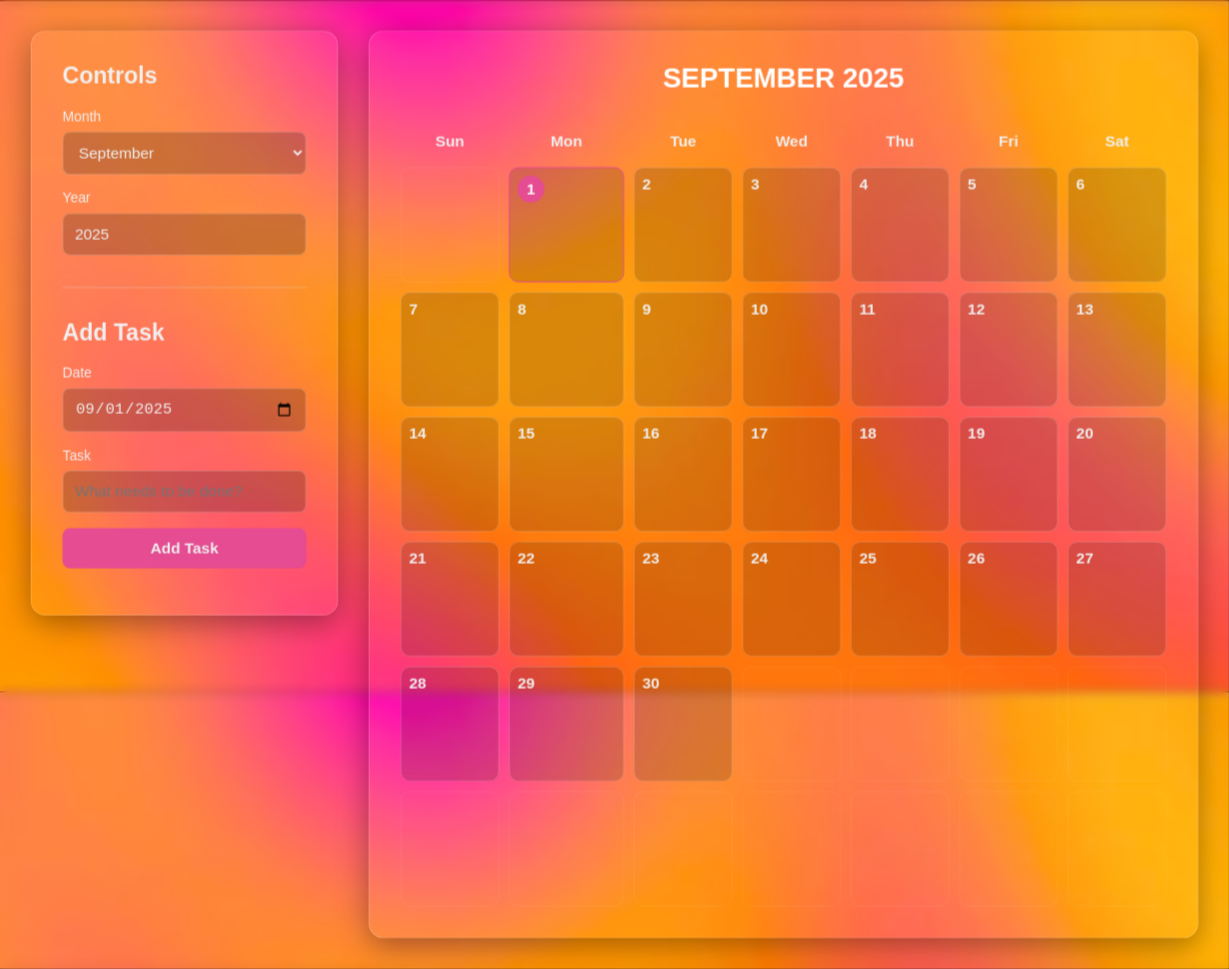
Repository: TanujaNair03/ToDo
Page: static/index.html
The author's editor kept a copy of each file at every save. The page is drawn from the files as they stood at one save, then again after the next save.
The browser window is 1280 px wide. The pictures show the whole page, at 96% of full size.
The page's requests for data from a server got no answer. Backgrounds fixed to the window are drawn as part of the page.

Above is the page before, as saved 2025-09-01 16:42:18.

### static/index.html
<!DOCTYPE html>
<html lang="en">
<head>
    <meta charset="UTF-8">
    <meta name="viewport" content="width=device-width, initial-scale=1.0">
    <title>Aesthetic Calendar</title>
    <style>
        :root {
            --glass-bg: rgba(255, 255, 255, 0.05);
            --glass-border: rgba(255, 255, 255, 0.2);
            --text-color: #f0f0f0;
            --accent-primary: #e54c91; /* Pink */
            --accent-secondary: #ffc800; /* Yellow */
        }
        * {
            box-sizing: border-box;
        }

        body {
            font-family: 'Poppins', sans-serif;
            color: var(--text-color);
            margin: 0;
            padding: 2rem;
            min-height: 100vh;
            background-color: #1a1a2e; /* Fallback color */
            background-image: url('./static/aura.jpg'); /* Path to your image */
            background-repeat: no-repeat;
            background-attachment: fixed;
            background-size: cover;
            background-position: center;
            backdrop-filter: blur(5px);
            -webkit-backdrop-filter: blur(10px);
        }

        #app {
            display: flex;
            gap: 2rem;
            width: 100%;
            max-width: 1300px;
            margin: 0 auto;
            align-items: flex-start;
        }

        .glass-pane {
            background: var(--glass-bg);
            backdrop-filter: blur(20px);
            -webkit-backdrop-filter: blur(20px);
            border: 1px solid var(--glass-border);
            box-shadow: 0 8px 32px 0 rgba(0, 0, 0, 0.37);
            border-radius: 15px;
            padding: 2rem;
        }

        .sidebar {
            width: 320px;
            height: fit-content;
            flex-shrink: 0;
        }
        .sidebar h2 { margin-top: 0; color: var(--text-color); }
        .form-group { margin-bottom: 1rem; }
        .form-group label { display: block; margin-bottom: 0.5rem; font-size: 0.9rem; }
        .form-group input, .form-group select, .form-group button {
            width: 100%; padding: 0.75rem; border: 1px solid var(--glass-border);
            border-radius: 8px; background: rgba(0,0,0,0.2);
            color: var(--text-color); font-size: 1rem;
        }
        .form-group button {
            background: var(--accent-primary); cursor: pointer; font-weight: bold;
            transition: background 0.2s ease; border: none;
        }
        .form-group button:hover { background: var(--accent-secondary); color: #1a1a2e; }

        .calendar-container {
            flex-grow: 1;
        }
        .calendar-header { display: flex; justify-content: center; align-items: center; }
        .calendar-header h1 {
            font-size: 1.8rem;
            font-weight: bold;
            color: #ffffff;
            margin: 0;
            text-transform: uppercase;
        }
        .calendar-grid {
            display: grid;
            grid-template-columns: repeat(7, 1fr);
            gap: 10px;
            width: 100%;
            margin-top: 2rem;
            position: relative;
        }
        .day-header { text-align: center; font-weight: bold; color: var(--text-color); padding: 0.5rem 0; }

        .day-cell {
            height: 120px;
            /* REMOVED fixed width to allow grid to be responsive */
            overflow: hidden;
            padding: 8px;
            background: rgba(0, 0, 0, 0.15);
            border: 1px solid var(--glass-border);
            border-radius: 10px;
            transition: transform 0.3s ease, background 0.3s ease, height 0.3s ease;
            cursor: pointer;
        }

        .day-cell > div {
            display: flex;
            flex-direction: column;
            height: 100%;
        }

        .day-cell:hover {
            transform: translateY(-5px);
            background: rgba(255, 255, 255, 0.1);
        }

        .day-cell.today-cell {
            min-height: 120px;
            min-width: 120px;
            max-height: 200px;
            max-width: 200px;
            border: 1px solid var(--accent-primary);
        }

        .day-cell.expanded {
            height: auto;
            min-height: 200px;
            max-height: 400px;
            min-width: 200px;
            max-width: 400px;
            background: rgba(40, 40, 60, 0.7);
            transform: scale(1.05);
            z-index: 10;
            box-shadow: 0 12px 40px rgba(0, 0, 0, 0.5);
            overflow: hidden;
        }

        .day-cell.other-month {
            background: transparent;
            opacity: 0.4;
            cursor: default;
        }
        .day-number { font-weight: bold; margin-bottom: 8px; }
        .day-number.today {
            background-color: var(--accent-primary); color: white;
            border-radius: 50%; width: 28px; height: 28px;
            display: flex; align-items: center; justify-content: center;
        }
        .task-list {
            list-style: none;
            padding: 0;
            font-size: 0.85rem;
            overflow-y: auto;
            flex-grow: 1;
        }
        .task-item { display: flex; align-items: center; margin-bottom: 4px; gap: 6px; }
        .task-item input[type="checkbox"] { flex-shrink: 0; }
        .task-item span.done { text-decoration: line-through; opacity: 0.6; }

        .task-item span {
            flex-grow: 1;
            overflow-wrap: break-word;
            word-break: normal;
        }
        .edit-input { width: 100%; background: #444; color: white; border: 1px solid var(--accent-primary); border-radius: 4px; padding: 2px; }
        .task-actions { cursor: pointer; margin-left: auto; display: flex; gap: 5px; }

        .more-tasks-indicator {
            font-size: 0.75rem;
            color: var(--accent-secondary);
            text-align: center;
            margin-top: auto;
            padding-top: 10px;
            font-style: italic;
        }
    </style>
</head>
<body>

<div id="app">
    <div class="sidebar glass-pane">
        <h2>Controls</h2>
        <div class="form-group">
            <label for="month">Month</label>
            <select id="month" v-model="selectedMonth">
                <option v-for="(month, index) in months" :value="index + 1">{{ month }}</option>
            </select>
        </div>
        <div class="form-group">
            <label for="year">Year</label>
            <input type="number" id="year" v-model="selectedYear">
        </div>
        <hr style="border-color: rgba(255,255,255,0.2); margin: 2rem 0;">
        <h2>Add Task</h2>
        <form @submit.prevent="addTask">
            <div class="form-group">
                <label for="taskDate">Date</label>
                <input type="date" id="taskDate" v-model="newTask.date" required>
            </div>
            <div class="form-group">
                <label for="taskDesc">Task</label>
                <input type="text" id="taskDesc" v-model="newTask.task" placeholder="What needs to be done?" required>
            </div>
            <div class="form-group">
                <button type="submit">Add Task</button>
            </div>
        </form>
    </div>
    <div class="calendar-container glass-pane">
        <div class="calendar-header">
            <h1>{{ monthName }} {{ selectedYear }}</h1>
        </div>
        <div class="calendar-grid">
            <div class="day-header" v-for="day in dayNames">{{ day }}</div>
            <div v-for="day in calendarDays"
                 class="day-cell"
                 :class="{
                    'other-month': !day.isCurrentMonth,
                    'expanded': day.dateStr === expandedDateStr,
                    'today-cell': day.isToday
                 }"
                 @click="toggleExpandDay(day.dateStr)">
                <div v-if="day.date">
                    <div class="day-number" :class="{'today': day.isToday}">{{ day.date.getDate() }}</div>
                    <ul class="task-list" @click.stop>
                        <li v-for="(task, index) in day.tasks" class="task-item">
                            <template v-if="editingDate === day.dateStr && editingIndex === index">
                                <input type="text" v-model="editingText" @keyup.enter="saveEdit" @keyup.esc="cancelEditing" class="edit-input" v-focus>
                                <div class="task-actions">
                                    <span @click="saveEdit">✔️</span>
                                    <span @click="cancelEditing">❌</span>
                                </div>
                            </template>
                            <template v-else>
                                <input type="checkbox" :checked="task.done" @change="updateTaskStatus(day.dateStr, index, $event.target.checked)">
                                <span :class="{'done': task.done}">{{ task.task }}</span>
                                <div class="task-actions">
                                    <span @click="startEditing(day.dateStr, index, task.task)">✏️</span>
                                    <span @click="deleteTask(day.dateStr, index)">🗑️</span>
                                </div>
                            </template>
                        </li>
                    </ul>
                    <div v-if="day.tasks.length > 2 && day.dateStr !== expandedDateStr" class="more-tasks-indicator">
                        + {{ day.tasks.length - 2 }} more
                    </div>
                </div>
            </div>
        </div>
    </div>
</div>
<script src="https://unpkg.com/vue@3/dist/vue.global.js"></script>
<script>
    const { createApp, ref, computed, onMounted } = Vue;
    const focusDirective = { mounted(el) { el.focus(); } };
    createApp({
        directives: { focus: focusDirective },
        setup() {
            const today = new Date();
            const selectedMonth = ref(today.getMonth() + 1);
            const selectedYear = ref(today.getFullYear());
            const tasks = ref({});
            const newTask = ref({ date: today.toISOString().split('T')[0], task: '' });
            const editingDate = ref(null);
            const editingIndex = ref(null);
            const editingText = ref('');
            const months = ["January", "February", "March", "April", "May", "June", "July", "August", "September", "October", "November", "December"];
            const dayNames = ["Sun", "Mon", "Tue", "Wed", "Thu", "Fri", "Sat"];
            const API_URL = 'http://127.0.0.1:5000/api';
            const expandedDateStr = ref(null);
            const monthName = computed(() => months[selectedMonth.value - 1]);
            const calendarDays = computed(() => {
                const year = selectedYear.value;
                const month = selectedMonth.value - 1;
                const firstDayOfMonth = new Date(year, month, 1).getDay();
                const daysInMonth = new Date(year, month + 1, 0).getDate();
                const daysArray = [];
                let dayCounter = 1;
                for (let i = 0; i < 42; i++) {
                    if (i >= firstDayOfMonth && dayCounter <= daysInMonth) {
                        const dateObj = new Date(year, month, dayCounter);
                        const y = dateObj.getFullYear();
                        const m = String(dateObj.getMonth() + 1).padStart(2, '0');
                        const d = String(dateObj.getDate()).padStart(2, '0');
                        const dateStr = `${y}-${m}-${d}`;
                        daysArray.push({
                            date: dateObj,
                            dateStr: dateStr,
                            isCurrentMonth: true,
                            isToday: dateStr === today.toISOString().split('T')[0],
                            tasks: tasks.value[dateStr] || []
                        });
                        dayCounter++;
                    } else {
                        daysArray.push({ date: null, isCurrentMonth: false, tasks: [] });
                    }
                }
                return daysArray;
            });
            const toggleExpandDay = (dateStr) => {
                if (!dateStr) return;
                if (expandedDateStr.value === dateStr) {
                    expandedDateStr.value = null;
                } else {
                    expandedDateStr.value = dateStr;
                }
            };
            const fetchTasks = async () => {
                const response = await fetch(`${API_URL}/tasks`);
                tasks.value = await response.json();
            };
            const addTask = async () => {
                await fetch(`${API_URL}/tasks`, {
                    method: 'POST',
                    headers: { 'Content-Type': 'application/json' },
                    body: JSON.stringify(newTask.value)
                });
                newTask.value.task = '';
                fetchTasks();
            };
            const updateTaskStatus = async (dateStr, taskIndex, isDone) => {
                await fetch(`${API_URL}/tasks/update`, {
                    method: 'PUT',
                    headers: { 'Content-Type': 'application/json' },
                    body: JSON.stringify({ date: dateStr, taskIndex: taskIndex, done: isDone })
                });
                fetchTasks();
            };
            const startEditing = (dateStr, index, currentText) => {
                editingDate.value = dateStr;
                editingIndex.value = index;
                editingText.value = currentText;
            };
            const cancelEditing = () => {
                editingDate.value = null;
                editingIndex.value = null;
                editingText.value = '';
            };
            const saveEdit = async () => {
                if (!editingText.value.trim()) return;
                await fetch(`${API_URL}/tasks/edit`, {
                    method: 'PUT',
                    headers: { 'Content-Type': 'application/json' },
                    body: JSON.stringify({
                        date: editingDate.value,
                        taskIndex: editingIndex.value,
                        newTaskText: editingText.value
                    })
                });
                cancelEditing();
                fetchTasks();
            };
            const deleteTask = async (dateStr, taskIndex) => {
                if (window.confirm("Are you sure you want to delete this task?")) {
                    await fetch(`${API_URL}/tasks/${dateStr}/${taskIndex}`, { method: 'DELETE' });
                    fetchTasks();
                }
            };
            onMounted(fetchTasks);
            return {
                selectedMonth,
                selectedYear,
                months,
                dayNames,
                monthName,
                calendarDays,
                newTask,
                addTask,
                updateTaskStatus,
                editingDate,
                editingIndex,
                editingText,
                startEditing,
                cancelEditing,
                saveEdit,
                deleteTask,
                expandedDateStr,
                toggleExpandDay,
            };
        }
    }).mount('#app');
</script>
</body>
</html>

After the next save:
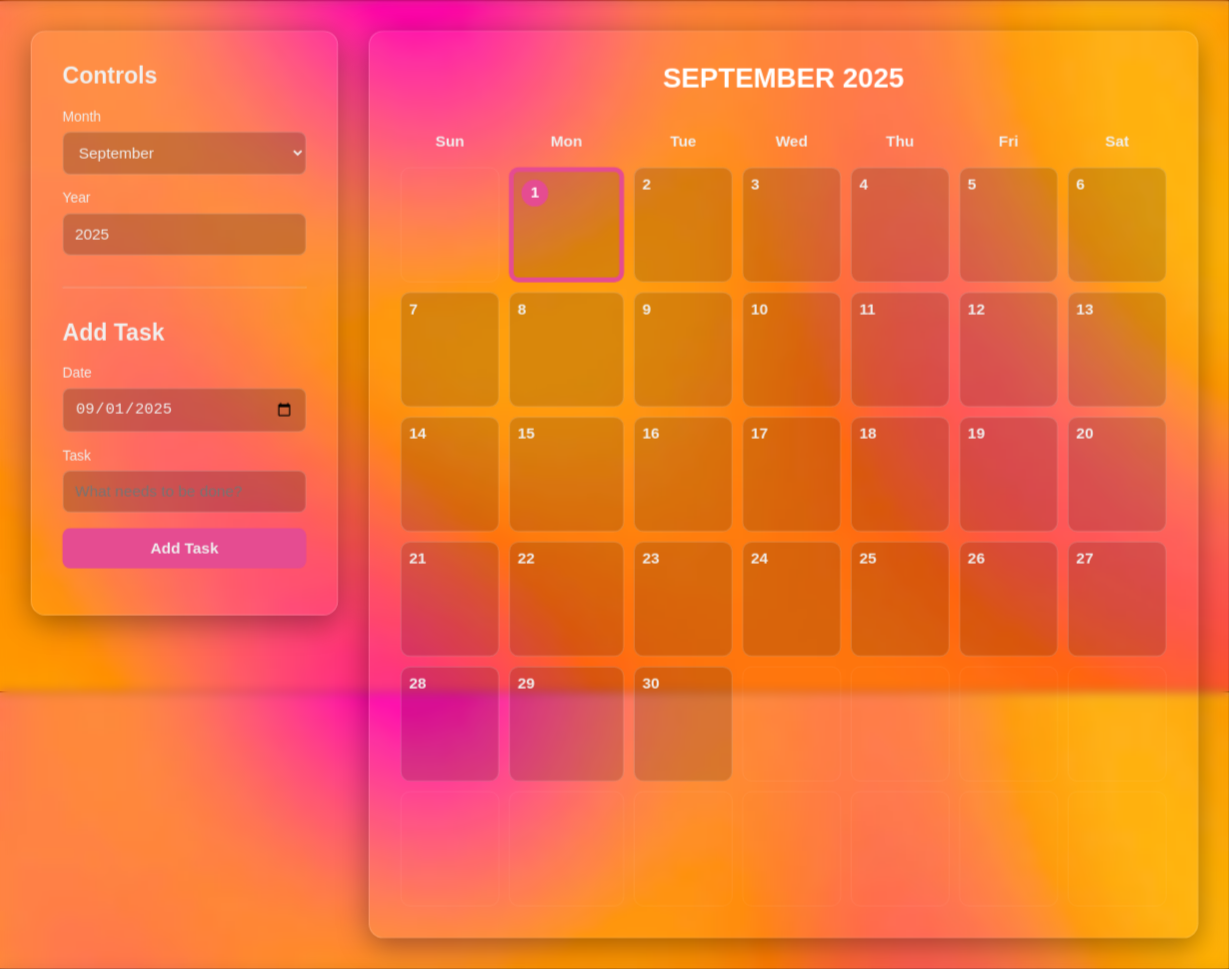
Saved 2 min 42 s later.
--- a/static/index.html
+++ b/static/index.html
@@ -120,6 +120,7 @@
             max-height: 200px;
             max-width: 200px;
             border: 1px solid var(--accent-primary);
+            border-width: 5px;
         }
 
         .day-cell.expanded {
